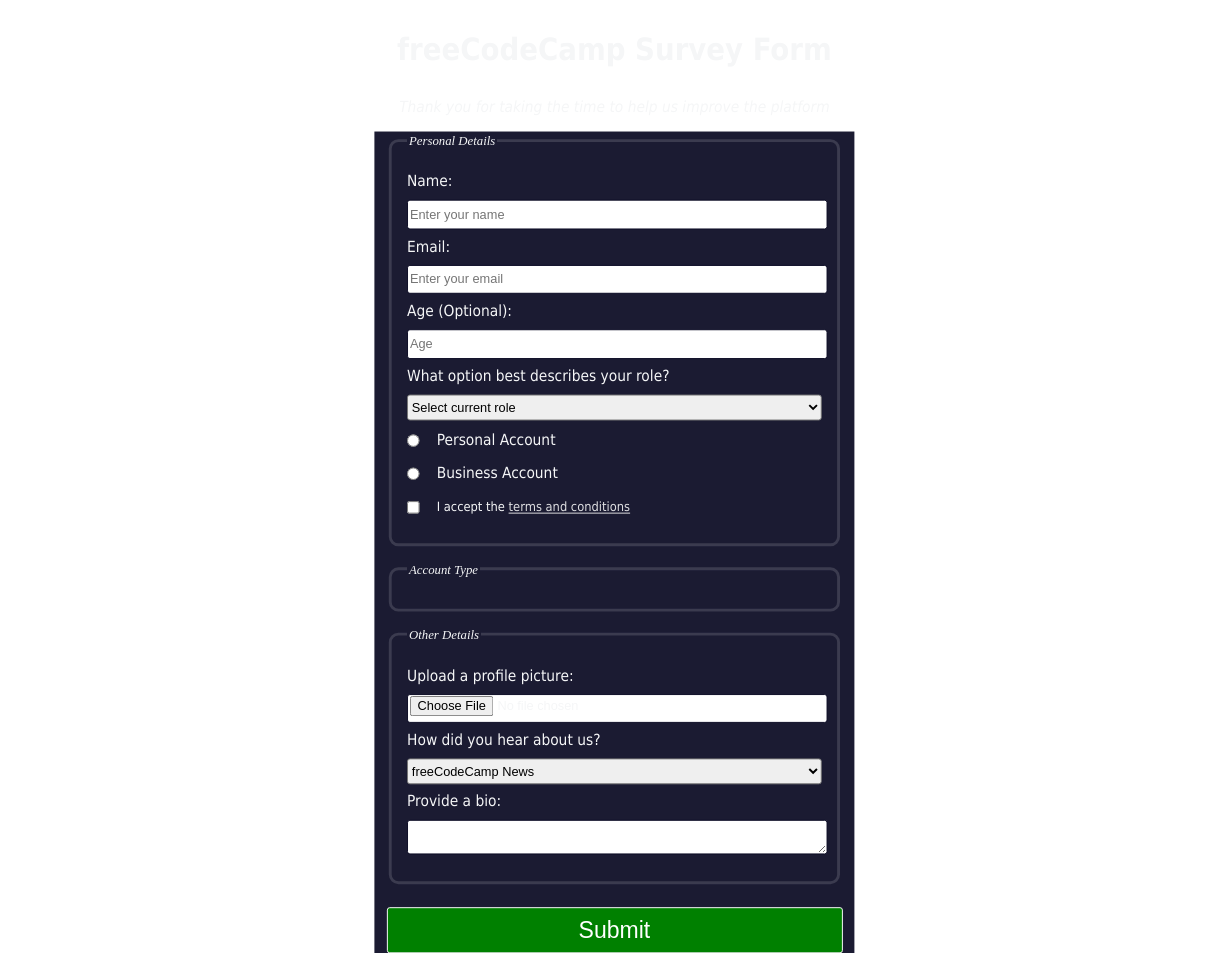
Repository: Lungdjos/survey_form_certification
Page: index.html
An editor plug-in stored every save of this project. The page is shown before and after a run of saves, followed by the edit.
The browser window is 1280 px wide. The pictures show the whole page, at 96% of full size.

Above is the page before, as saved 2023-09-30 02:35:06.

### index.html
<!DOCTYPE html>
<html lang="en">

<head>
    <meta charset="UTF-8">
    <meta name="viewport" content="width=device-width, initial-scale=1.0">
    <title>Survey Form</title>
    <link rel="stylesheet" href="styles.css">
</head>

<body>
    <h1>freeCodeCamp Survey Form </h1>
    <p>Thank you for taking the time to help us improve the platform</p>
    <form action="https://register-demo.freecodecamp.org" method="post">
        <fieldset>
            <legend> <small>Personal Details</small> </legend>
            <label for="name">Name: <input type="text" id="name" name="name" placeholder="Enter your name" required> </label>
            <label for="email">Email: <input type="email" id="email" name="email" placeholder="Enter your email" required> </label>
            <label for="age">Age (Optional): <input type="number" name="age" id="age" min="13" max="100" placeholder="Age"> </label>
            <label for="referrer"> What option best describes your role?
                <select name="referrer" id="referrer">
                    <option value="">Select current role</option>
                    <option value="1"  name="news">Student</option>
                    <option value="2" name="youtube" >Full Time Job</option>
                    <option value="3" name="forum" >Full Time Learner</option>
                    <option value="4" name="other" >Prefer not to say</option>
                    <option value="5" name="other" >Other</option>
                </select>
            </label>
            <label for="">
                <input class="inline" type="radio" name="account-type" id="personal-account" selected> Personal Account</label><input class="inline" type="radio" name="account-type" id="business-account"> Business Account</label>
            <label for="terms-and-conditions"> <input class="inline" type="checkbox" name="ts-and-cs" id="terms-and-conditions" required> <small>I accept the <a href="https://www.freecodecamp.org/news/terms-of-service/">terms and conditions</a> </small> </label></label>
        </fieldset>
        <fieldset>
            <legend> <small>Account Type</small></legend>

        </fieldset>
        <fieldset>
            <legend> <small>Other Details</small></legend>
            <label for="profile-pic">Upload a profile picture: <input type="file" name="profile-piture" id="profile-pic"></label>


            <label for="referrer"> How did you hear about us?
                <select name="referrer" id="referrer">
                    <option value="">(select one)</option>
                    <option value="1" selected name="news">freeCodeCamp News</option>
                    <option value="2" name="youtube" >freeCodeCamp YouTube Channel</option>
                    <option value="3" name="forum" >freeCodeCamp Forum</option>
                    <option value="4" name="other" >Other</option>
                </select>
            </label>
            <label for="bio">Provide a bio:
                <textarea name="biography" id="bio" cols="50" rows="2" placeholder="I like coding on the beach..." >
                </textarea>
            </label>
        </fieldset>

        <input type="submit" value="Submit" name="submit" id="submit-btn">
    </form>
</body>

</html>

### styles.css
/* designs for the survey form */


/* CSS for the Registration Form */

body {
    width: 100%;
    height: 100vh;
    /* will need to set the value to */
    margin: 15px 0 15px 0;
    color: #f5f6f7;
    font-size: 16px;
    font-family: Tahoma;
}

label {
    display: block;
    margin: .5rem 0;
}

a {
    color: #dfdfe2;
}

a:hover {
    color: blanchedalmond;
    text-decoration: none;
}

a:active {
    color: #0a0a23;
}

form {}

fieldset {
    margin: 15px;
    border-radius: 10px;
    border: 3px solid #3b3b4f;
    padding: 1rem;
}


/* gets the last element and take effects */


/* fieldset:last-of-type {
    border: none;
} */

input,
textarea,
select {
    margin: 10px 0 0 0;
    width: 100%;
    border-radius: 3px;
    min-height: 2em;
}

input,
textarea {
    background-color: #fff;
    border: 1px solid #0a0a23;
    color: ##0a0a23;
    ;
}

.inline {
    width: unset;
    margin: 0 1em 0 0;
    vertical-align: middle;
}

legend {
    font-style: italic;
    font-family: 'Times New Roman', Times, serif;
}

h1,
p {
    margin: 1em auto;
    text-align: center;
}

p {
    font-style: italic;
}

form {
    /* margin: 0px 30px 0px 30px; */
    margin: 0 auto;
    max-width: 500px;
    min-width: 300px;
    width: 60vw;
    background-color: #1b1b32;
}

#submit-btn:hover {
    background-color: blanchedalmond;
    margin-bottom: 2em;
    color: #0a0a23;
    border: 4px solid #3b3b4f;
    border-radius: 8px;
}

input[name="submit"] {
    display: block;
    width: 95%;
    margin: 1em auto;
    height: 2em;
    font-size: 1.5rem;
    background-color: green;
    color: #fff;
    border-color: white;
    min-width: 1em;
}

input[type="file"] {
    min-height: 2em;
    padding: 1px 2px;
}

After the next 2 saves:
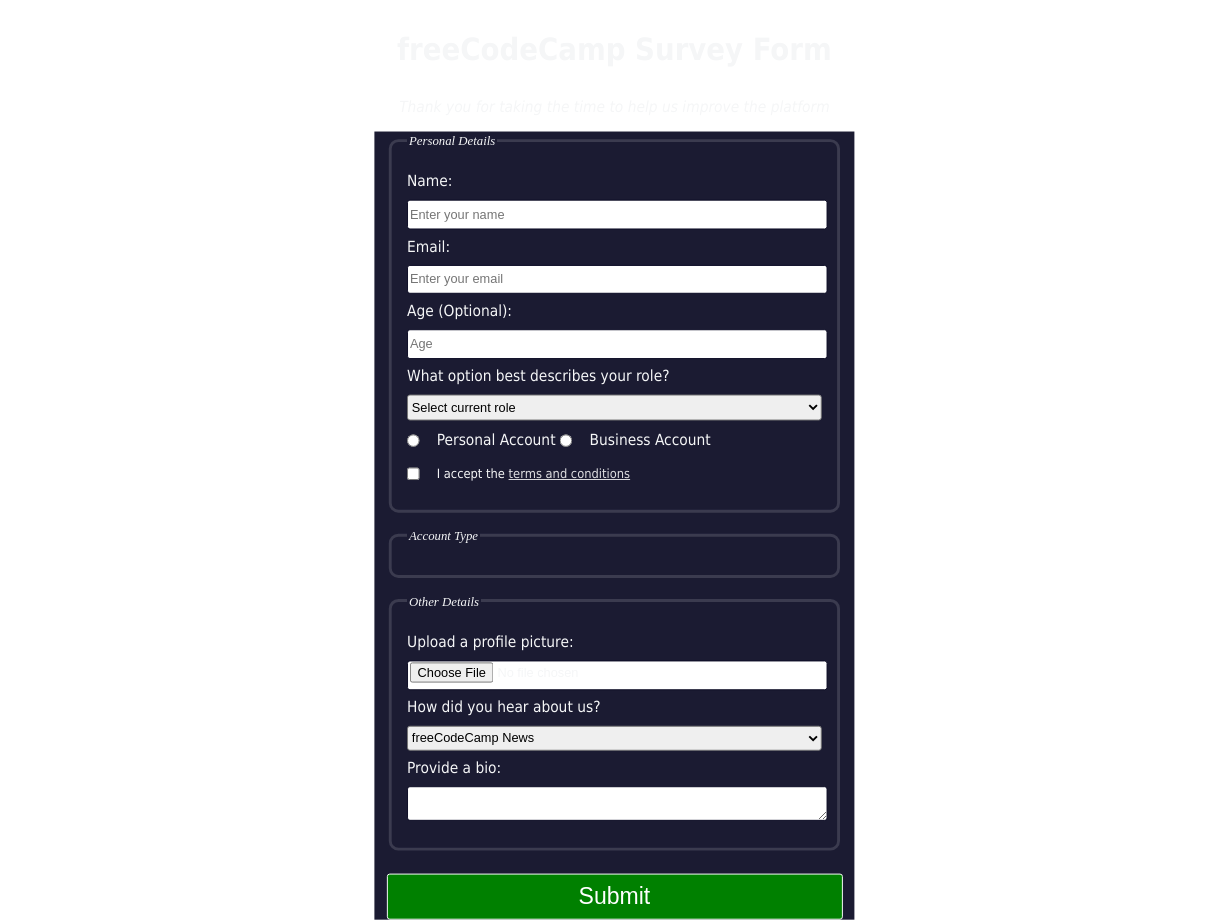
The 2 saves are shown as one change because they came seconds apart.
The last was saved 5 s later.
--- a/index.html
+++ b/index.html
@@ -28,7 +28,8 @@
                 </select>
             </label>
             <label for="">
-                <input class="inline" type="radio" name="account-type" id="personal-account" selected> Personal Account</label><input class="inline" type="radio" name="account-type" id="business-account"> Business Account</label>
+                <input class="inline" type="radio" name="account-type" id="personal-account" selected> Personal Account
+                <input class="inline" type="radio" name="account-type" id="business-account"> Business Account</label>
             <label for="terms-and-conditions"> <input class="inline" type="checkbox" name="ts-and-cs" id="terms-and-conditions" required> <small>I accept the <a href="https://www.freecodecamp.org/news/terms-of-service/">terms and conditions</a> </small> </label></label>
         </fieldset>
         <fieldset>
